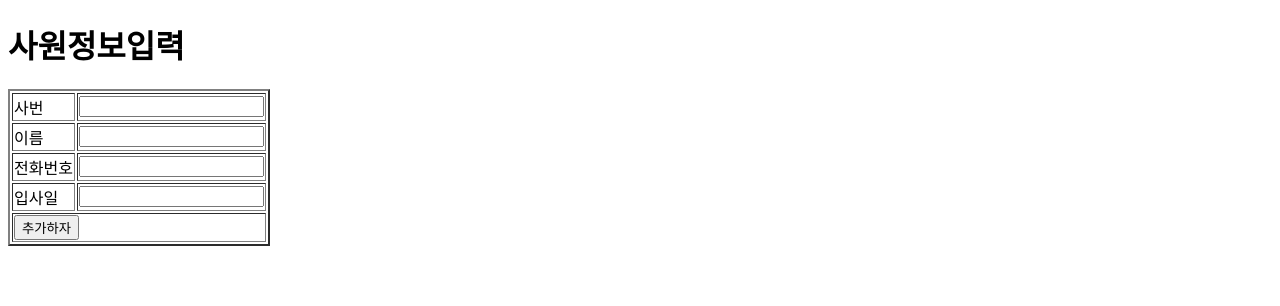
Repository: codingidot/test111
Page: http://localhost/Connect/SawonInsertForm.jsp
These files come from the project's save history. The page is drawn as it stood at one moment and after the next save; the edit follows.
The browser window is 1280 px wide. The pictures show the whole page.
The page is served by Tomcat 9.

Above is the page before, as saved 2022-05-31 00:31:27.

After the next save:
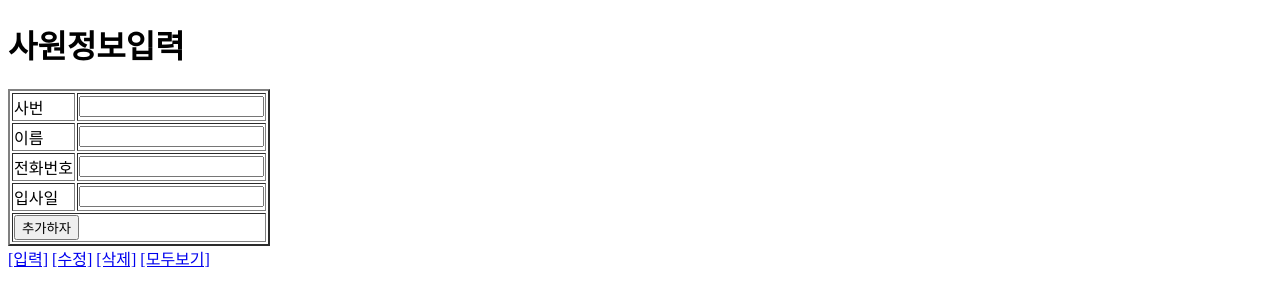
Saved 4 min 16 s later.
--- a/Connect/src/main/webapp/SawonInsertForm.jsp
+++ b/Connect/src/main/webapp/SawonInsertForm.jsp
@@ -21,6 +21,12 @@
 	<tr><td colspan=2>
 			<input type=submit value="추가하자"></td></tr>
 	</table>
+<table border=0></table>
+<tr><td><a href="SawonInsertForm.jsp">[입력]</a></td>
+	<td><a href="SawonAllforUpdate.jsp">[수정]</a></td>
+	<td><a href="SawonAllforDelete.jsp">[삭제]</a></td>
+	<td><a href="SawonAllView.jsp">[모두보기]</a></td></tr>
+</table>
 </form>
 
 </body>
